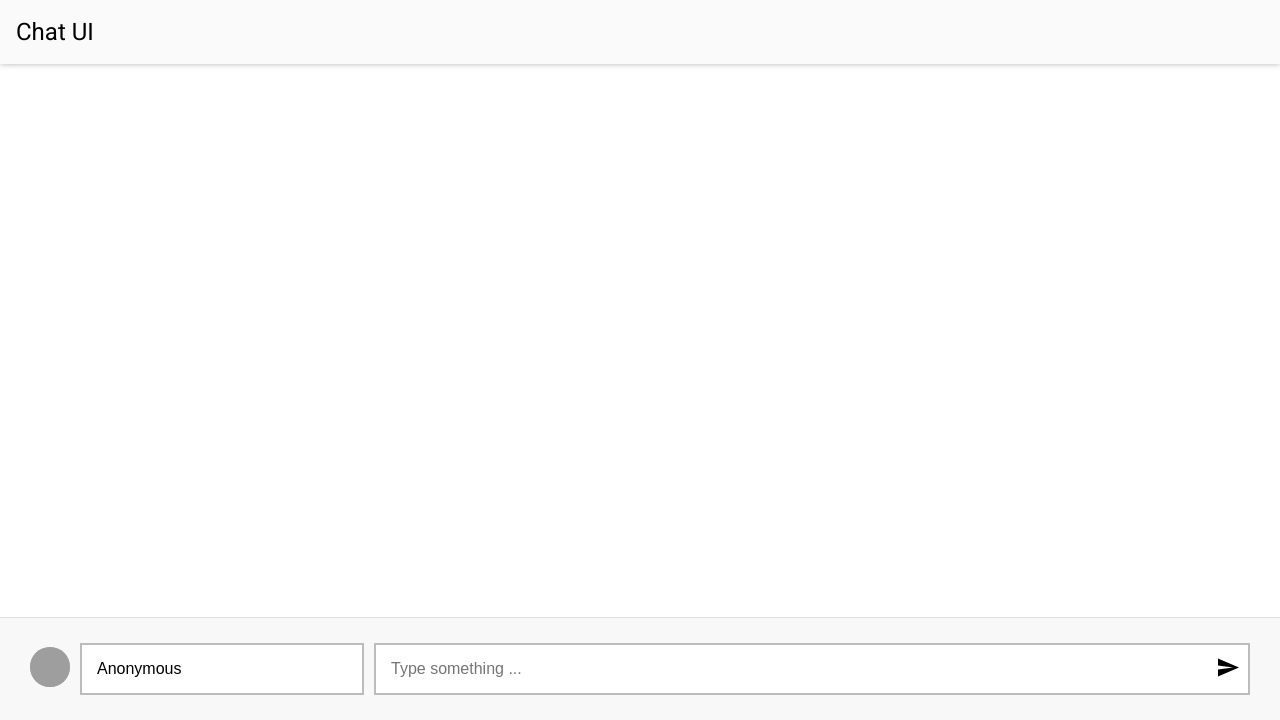
Repository: Faradey27/chat-ui
Page: /
The author's editor kept a copy of each file at every save. The page is drawn from the files as they stood at one save, then again after the next save.
The browser window is 1280 px wide. The pictures show the whole page.
Pictures or frames that could not be fetched are drawn as grey boxes. The page's requests for data from a server got no answer. The project was rebuilt for these pictures with package versions that can differ from the ones it lists, and the page was loaded fresh each time. No one was signed in, and anything a server would have sent is missing. Also part of the build but not shown: src/components/MessageUsername/MessageUsername.js, src/components/MessageUsername/index.js, src/components/MessageText/MessageText.js, src/components/MessageText/index.js, src/components/MessageDate/MessageDate.js, src/components/MessageDate/index.js, src/components/Message/Message.js.

Above is the page before, as saved 2018-03-03 23:35:42.

### public/index.html
<!DOCTYPE html>
<html lang="en">
  <head>
    <meta charset="utf-8">
    <meta name="viewport" content="width=device-width, initial-scale=1, shrink-to-fit=no">
    <meta name="theme-color" content="#000000">
    <link rel="manifest" href="%PUBLIC_URL%/manifest.json">
    <link rel="shortcut icon" href="%PUBLIC_URL%/favicon.ico">
    <link href="https://fonts.googleapis.com/css?family=Roboto:300,400,700" rel="stylesheet">
    <title>Chat UI</title>
  </head>
  <body>
    <noscript>
      You need to enable JavaScript to run this app.
    </noscript>
    <div id="root"></div>
  </body>
</html>

### src/index.js
import React from 'react';
import ReactDOM from 'react-dom';
import { Provider } from 'react-redux';
import { MuiThemeProvider } from 'material-ui/styles';

import io from "socket.io-client";
import Chat from './containers/Chat';
import configureStore from './data/store/configureStore';
import SocketConnector from './services/SocketConnector';
import StorageConnector from './services/StorageConnector';
import registerServiceWorker from './services/pwa/registerServiceWorker';

import './index.css';

// setuped sockets
const socketIO = io("https://spotim-demo-chat-server.herokuapp.com");
const socket = new SocketConnector({eventName: 'spotim/chat', socket: socketIO});

// setuped redux related things
const storage = new StorageConnector({appName: 'chat-ui-user', storage: window.localStorage}); // localStorage or session storage
const savedUser = storage.getItem('store.user');
const preloadedState = {user: savedUser || {name: 'Anonymous', avatar: ''}};
const reduxStore = configureStore(preloadedState, storage);


ReactDOM.render(
  <Provider store={reduxStore}>
    <MuiThemeProvider>
      <Chat socket={socket}/>
    </MuiThemeProvider>
  </Provider>,
  document.getElementById('root')
);

/*
  As we want to be PWA app, we need to become offline friendly, for this reason we register service worker
*/
registerServiceWorker();

### src/data/store/configureStore.js
if (process.env.NODE_ENV === 'production' || process.env.NODE_ENV === 'test') {
  module.exports = require('./configureStore.prod')
} else {
  module.exports = require('./configureStore.dev')
}

### src/services/SocketConnector.js
import { CHAT_IDENTEFICATOR } from './../config';

const isValidMessage = (message) => message.id && message.text && message.user && message.date;
const isAuthorizedMessage = (message) => message.identificator === CHAT_IDENTEFICATOR;

class SocketConnector {
  eventName = '';
  socket = null;
  connected = false;

  constructor({eventName, socket}) {
    this.eventName = eventName;
    this.socket = socket;
  }

  connect = ({onMessage}) => {
    this.socket.on("connect", () => {
      console.info("connected to chat server!");
      this.connected = true;
    });
    this.socket.on(this.eventName, (message) => this.handleMessage({message, onMessage}));
    this.socket.on("disconnect", () => {
      console.info("disconnected to chat server!");
      this.connected = false;
    });
  }

  handleMessage = ({message, onMessage}) => {
    // as our api services do not have any auth or any client separation, we need to detect somehow just our messages
    if (!isAuthorizedMessage(message)) {
      console.info('We received message from bad guys');
      return -1;
    }
    // we want to skip bad messages
    if (!isValidMessage(message)) {
      console.info('We received invalid message');
      return -1;
    }

    onMessage(message)
  }

  emitMessage(message) {
    this.socket.emit(this.eventName, message);
  }
}

export default SocketConnector;

### src/services/StorageConnector.js
class SocketConnector {
  appName = '';
  storage = null;

  constructor({appName, storage}) {
    this.appName = appName;
    this.storage = storage;
  }

  _getMaskedKey = (key) => `${this.appName}-${key}`;

  setItem(key, value) {
    this.storage.setItem(this._getMaskedKey(key), JSON.stringify(value));
  }

  getItem(key) {
    const item = this.storage.getItem(this._getMaskedKey(key));
    if (!item) {
      return '';
    }

    try {
      return JSON.parse(item);
    } catch (e) {
      throw e;
    }
  }

  removeItem(key) {
    this.storage.removeItem(this._getMaskedKey(key));
  }
}

export default SocketConnector;

### src/services/pwa/registerServiceWorker.js
// In production, we register a service worker to serve assets from local cache.

// This lets the app load faster on subsequent visits in production, and gives
// it offline capabilities. However, it also means that developers (and users)
// will only see deployed updates on the "N+1" visit to a page, since previously
// cached resources are updated in the background.

// To learn more about the benefits of this model, read https://goo.gl/KwvDNy.
// This link also includes instructions on opting out of this behavior.

const isLocalhost = Boolean(
  window.location.hostname === 'localhost' ||
    // [::1] is the IPv6 localhost address.
    window.location.hostname === '[::1]' ||
    // 127.0.0.1/8 is considered localhost for IPv4.
    window.location.hostname.match(
      /^127(?:\.(?:25[0-5]|2[0-4][0-9]|[01]?[0-9][0-9]?)){3}$/
    )
);

export default function register() {
  if (process.env.NODE_ENV === 'production' && 'serviceWorker' in navigator) {
    // The URL constructor is available in all browsers that support SW.
    const publicUrl = new URL(process.env.PUBLIC_URL, window.location);
    if (publicUrl.origin !== window.location.origin) {
      // Our service worker won't work if PUBLIC_URL is on a different origin
      // from what our page is served on. This might happen if a CDN is used to
      // serve assets; see https://github.com/facebookincubator/create-react-app/issues/2374
      return;
    }

    window.addEventListener('load', () => {
      const swUrl = `${process.env.PUBLIC_URL}/service-worker.js`;

      if (isLocalhost) {
        // This is running on localhost. Lets check if a service worker still exists or not.
        checkValidServiceWorker(swUrl);

        // Add some additional logging to localhost, pointing developers to the
        // service worker/PWA documentation.
        navigator.serviceWorker.ready.then(() => {
          console.log(
            'This web app is being served cache-first by a service ' +
              'worker. To learn more, visit https://goo.gl/SC7cgQ'
          );
        });
      } else {
        // Is not local host. Just register service worker
        registerValidSW(swUrl);
      }
    });
  }
}

function registerValidSW(swUrl) {
  navigator.serviceWorker
    .register(swUrl)
    .then(registration => {
      registration.onupdatefound = () => {
        const installingWorker = registration.installing;
        installingWorker.onstatechange = () => {
          if (installingWorker.state === 'installed') {
            if (navigator.serviceWorker.controller) {
              // At this point, the old content will have been purged and
              // the fresh content will have been added to the cache.
              // It's the perfect time to display a "New content is
              // available; please refresh." message in your web app.
              console.log('New content is available; please refresh.');
            } else {
              // At this point, everything has been precached.
              // It's the perfect time to display a
              // "Content is cached for offline use." message.
              console.log('Content is cached for offline use.');
            }
          }
        };
      };
    })
    .catch(error => {
      console.error('Error during service worker registration:', error);
    });
}

function checkValidServiceWorker(swUrl) {
  // Check if the service worker can be found. If it can't reload the page.
  fetch(swUrl)
    .then(response => {
      // Ensure service worker exists, and that we really are getting a JS file.
      if (
        response.status === 404 ||
        response.headers.get('content-type').indexOf('javascript') === -1
      ) {
        // No service worker found. Probably a different app. Reload the page.
        navigator.serviceWorker.ready.then(registration => {
          registration.unregister().then(() => {
            window.location.reload();
          });
        });
      } else {
        // Service worker found. Proceed as normal.
        registerValidSW(swUrl);
      }
    })
    .catch(() => {
      console.log(
        'No internet connection found. App is running in offline mode.'
      );
    });
}

export function unregister() {
  if ('serviceWorker' in navigator) {
    navigator.serviceWorker.ready.then(registration => {
      registration.unregister();
    });
  }
}

### src/index.css
/*
  here we have global styles that need to be applied for whole page(like normalisation)
*/

body {
  margin: 0;
  padding: 0;
  font-family: Roboto;
}

### src/containers/Chat/Chat.js
import React from 'react';
import { func, instanceOf } from 'prop-types';
import { connect } from 'react-redux';
import AppBar from 'material-ui/AppBar';
import { grey50 } from 'material-ui/styles/colors';
import { css } from 'emotion';
import { addMessage } from './../../data/messages/messagesActions';
import SocketConnector from '../../services/SocketConnector';
import MessageCreationArea from './../MessageCreationArea';
import MessageListArea from './../MessageListArea';
import Column from './../../components/Column';

const chatStyles = css`
  height: 100vh;
  display: flex;
  flex-direction: column;
`;

class Chat extends React.Component {
  static propTypes = {
    socket: instanceOf(SocketConnector).isRequired,
    addMessage: func.isRequired, // dispatched action from react-redux
  }

  componentDidMount() {
    this.props.socket.connect({onMessage: this.props.addMessage})
  }

  handleMessageAdd = (message) => this.props.socket.emitMessage(message)

  render() {
    return (
      <div
        className={chatStyles}
        data-hook="chat"
      >
        <AppBar
          titleStyle={{color: 'initial'}}
          style={{ backgroundColor: grey50 }}
          iconElementLeft={<span/>}
          title="Chat UI"
        />
        <Column>
          <MessageListArea />
          <MessageCreationArea onMessageAdd={this.handleMessageAdd}/>
        </Column>
      </div>
    );
  }
}

export default connect(null, { addMessage })(Chat);

### src/data/store/configureStore.dev.js
import { createStore, applyMiddleware } from 'redux';
import { createLogger } from 'redux-logger';
import rootReducer from './rootReducer';
import saveUserToStorageMiddleware from './../middleware/saveUserToStorage';

const configureStore = (preloadedState, storage) => {
  const store = createStore(
    rootReducer,
    preloadedState,
    applyMiddleware(createLogger(), saveUserToStorageMiddleware(storage))
  );

  return store;
}

export default configureStore;

### src/config.js
export const CHAT_IDENTEFICATOR = 'APPLICATION_INDENTIFICATOR_942345';

### src/data/messages/messagesActions.js
export const ADD_MESSAGE = 'ADD_MESSAGE';
export const addMessage = (message) => ({
  type: ADD_MESSAGE,
  message,
})

### src/containers/MessageCreationArea/index.js
export { default } from './MessageCreationArea';

### src/containers/MessageListArea/index.js
export { default } from './MessageListArea';

### src/components/Column/index.js
export {default} from './Column';

### src/data/store/rootReducer.js
import { combineReducers } from 'redux';
import messages from './../messages/messagesReducer';
import user from './../user/userReducer';

const rootReducer = combineReducers({
  messages,
  user,
});

export default rootReducer;

### src/data/middleware/saveUserToStorage.js
import { SET_USER_AVATAR, SET_USER_NAME } from './../user/userActions';

const middleware = (storage) => (store) => (next) => (action) => {
  next(action);

  if (action.type === SET_USER_AVATAR || action.type === SET_USER_NAME) {
    storage.setItem('store.user', store.getState().user);
  }
}

export default middleware;

### src/containers/MessageCreationArea/MessageCreationArea.js
import React from 'react';
import { shape, string, func } from 'prop-types';
import uuidv4 from 'uuid/v4';
import { connect } from 'react-redux';
import { selectUser } from './../../data/user/userSelectors';
import { setUserAvatar, setUsername } from './../../data/user/userActions';
import MessageCreationAreaView from './MessageCreationAreaView';
import { CHAT_IDENTEFICATOR } from './../../config';
import avatars from './../../assets/avatars';

const getRandomAvatar = () => avatars[Math.floor(Math.random() * avatars.length)]

class MessageCreationArea extends React.Component {
  static propTypes = {
    user: shape({ // from redux store
      name: string,
      avatar: string,
    }),
    setUserAvatar: func, // redux action
    setUsername: func, // redux action
    onMessageAdd: func.isRequired,
  }

  state = {
    messageText: '',
  }

  componentDidMount() {
    if (!this.props.user.avatar) {
      this.props.setUserAvatar(getRandomAvatar());
    }
  }

  handleMessageChange = (messageText) => this.setState({messageText})

  handleMessageAdd = () => {
    if (!this.state.messageText) {
      return null;
    }

    this.props.onMessageAdd({
      id: uuidv4(),
      text: this.state.messageText,
      date: Date.now(),
      user: {
        name: this.props.user.name,
        avatar: this.props.user.avatar,
      },
      identificator: CHAT_IDENTEFICATOR
    });

    this.resetMessage();
  }

  resetMessage = () => this.handleMessageChange('')

  render() {
    return (
      <MessageCreationAreaView
        avatar={this.props.user.avatar}
        username={this.props.user.name}
        messageText={this.state.messageText}
        onMessageAdd={this.handleMessageAdd}
        onMessageChange={this.handleMessageChange}
        onUsernameChange={this.props.setUsername}
      />
    );
  }
}

export default connect(
  (state) => ({
    user: selectUser(state)
  }),
  { setUsername, setUserAvatar }
)(MessageCreationArea);

### src/containers/MessageListArea/MessageListArea.js
import React from 'react';
import { array } from 'prop-types';
import { connect } from 'react-redux';
import MessageListAreaView from './MessageListAreaView';
import { selectMessages } from './../../data/messages/messagesSelectors';

class MessageListArea extends React.Component {
  static propTypes = {
    messages: array, // from store
  }

  render() {
    return (
      <MessageListAreaView messages={this.props.messages}/>
    );
  }
}

export default connect((state) => ({ messages: selectMessages(state)}))(MessageListArea);

### src/components/Column/Column.js
import React from 'react';
import { css } from 'emotion';

const columnStyles = css`
  position: relative;
  display: flex;
  flex: 1;
  flex-direction: column;
`;

export default ({children}) => (
  <div className={columnStyles}>
    {children}
  </div>
);

### src/data/messages/messagesReducer.js
import { ADD_MESSAGE } from './messagesActions';

const messages = (state = [], action) => {
  switch (action.type) {
    case ADD_MESSAGE:
      return [...state, action.message];
    default:
      return state;
  }
};

export default messages;

### src/data/user/userReducer.js
import { SET_USER_AVATAR, SET_USER_NAME } from './userActions';

const user = (state = {avatar: '', name: ''}, action) => {
  switch (action.type) {
    case SET_USER_AVATAR:
      return {...state, avatar: action.avatar};
    case SET_USER_NAME:
      return {...state, name: action.name};
    default:
      return state;
  }
};

export default user;

### src/data/user/userActions.js
export const SET_USER_AVATAR = 'SET_USER_AVATAR';
export const setUserAvatar = (avatar) => ({
  type: SET_USER_AVATAR,
  avatar,
})

export const SET_USER_NAME = 'SET_USER_NAME';
export const setUsername = (name) => ({
  type: SET_USER_NAME,
  name,
})

### src/data/user/userSelectors.js
// TODO, in future we could start to use reselect
export const selectUser = (state) => state.user

### src/containers/MessageCreationArea/MessageCreationAreaView.js
import React from 'react';
import { string, func } from 'prop-types';
import { css } from 'emotion';
import UsernameTextField from './../../components/UsernameTextField';
import MessageTextField from './../../components/MessageTextField';
import SendButton from './../../components/SendButton';

const messageAreaStyles = css`
  background-color: #f8f8f8;
  padding: 25px 30px;
  display: flex;
  align-items: center;
  border-top: 1px solid rgba(0, 0, 0, 0.1);
`;

const messageAreaSendStyles = css`
  position: relative;
  width: 100%;
`;

class MessageCreationAreaView extends React.Component {
  static propTypes = {
    avatar: string,
    username: string,
    onMessageAdd: func,
    onMessageChange: func,
    onUsernameChange: func
  }

  handleFormSubmit = (e) => {
    e.preventDefault();
    this.props.onMessageAdd();
  }

  render() {
    return (
      <div
        className={messageAreaStyles}
        data-hook="message-creation-area"
      >
        <UsernameTextField
          avatar={this.props.avatar}
          username={this.props.username}
          onUsernameChange={this.props.onUsernameChange}
        />
        <form
          className={messageAreaSendStyles}
          onSubmit={this.handleFormSubmit}
        >
          <MessageTextField
            messageText={this.props.messageText}
            onMessageChange={this.props.onMessageChange}
          />
          <SendButton />
        </form>
      </div>
    );
  }
}

export default MessageCreationAreaView;

### src/assets/avatars.json
[
  "https://spotim-demo-chat-server.herokuapp.com/avatars/001-snorlax.png",
  "https://spotim-demo-chat-server.herokuapp.com/avatars/002-psyduck.png",
  "https://spotim-demo-chat-server.herokuapp.com/avatars/003-pikachu.png",
  "https://spotim-demo-chat-server.herokuapp.com/avatars/004-jigglypuff.png",
  "https://spotim-demo-chat-server.herokuapp.com/avatars/005-bullbasaur.png"
]

### src/containers/MessageListArea/MessageListAreaView.js
import React from 'react';
import { array } from 'prop-types';
import { css } from 'emotion';

import Message from './../../components/Message';

const messageListStyles = css`
  display: flex;
  flex-direction: column;
  height: 100%;
  overflow-y: auto;
  margin-top: 30px;
  margin-left: 30px;
  margin-right: 30px;
`;

class MessageListAreaView extends React.Component {
  static propTypes = {
    messages: array,
  }

  render() {
    return (
      <div
        className={messageListStyles}
        data-hook="message-list-area"
      >
        {this.props.messages.map((message) => <Message key={message.id} message={message}/>)}
      </div>
    );
  }
}

export default MessageListAreaView;

### src/data/messages/messagesSelectors.js
// TODO, in future we could start to use reselect
export const selectMessages = (state) => state.messages

### src/components/UsernameTextField/index.js
export { default } from './UsernameTextField';

### src/components/MessageTextField/index.js
export { default } from './MessageTextField';

### src/components/SendButton/index.js
export { default } from './SendButton';

### src/components/UsernameTextField/UsernameTextField.js
import React from 'react';
import { string, func } from 'prop-types';
import { css } from 'emotion';
import Avatar from './../Avatar';

const usernameStyles = css`
  display: flex;
  align-items: center;
  margin-right: 10px;
`;

const usernameInputStyles = css`
  font-size: 16px;
  border: 2px solid rgba(160,160,162,.7);
  padding: 15px;
  margin-left: 10px;
  outline: none;
  min-width: 250px;
  width: 100%;
`;

class UsernameTextField extends React.Component {
  static propTypes = {
    avatar: string,
    username: string,
    onUsernameChange: func.isRequired
  }

  handleUsernameChange = (e) => this.props.onUsernameChange(e.target.value)

  render() {
    return (
      <div
        className={usernameStyles}
        data-hook="username-text-field"
      >
        <Avatar avatar={this.props.avatar}/>
        <input
          className={usernameInputStyles}
          data-hook="username-text-field-input"
          value={this.props.username}
          onChange={this.handleUsernameChange}
        />
      </div>
    );
  }
}

export default UsernameTextField;

### src/components/MessageTextField/MessageTextField.js
import React from 'react';
import { string, func } from 'prop-types';
import { css } from 'emotion';

const textAreaStyles = css`
  font-size: 16px;
  border: 2px solid rgba(160,160,162,.7);
  width: 100%;
  padding: 15px;
  padding-right: 45px;
  outline: none;
  min-width: 250px;
`;

const textAreaWrapStyles = css`
  display: flex;
`;

class MessageTextField extends React.Component {
  static propTypes = {
    messageText: string,
    onMessageChange: func.isRequired,
  }

  componentDidMount() {
    this.inputNode.focus();
  }

  handleMessageChange = (e) => {
    this.props.onMessageChange(e.target.value);
  }

  render() {
    return (
      <div
        data-hook="message-text-field"
        className={textAreaWrapStyles}
      >
        <input
          ref={(node) => this.inputNode = node}
          data-hook="message-text-field-textarea"
          placeholder="Type something ..."
          className={textAreaStyles}
          value={this.props.messageText}
          onChange={this.handleMessageChange}
        />
      </div>
    );
  }
}

export default MessageTextField;

### src/components/SendButton/SendButton.js
import React from 'react';
import { func } from 'prop-types';
import { css } from 'emotion';

const sendButtonStyles = css`
  position: absolute;
  right: 10px;
  top: 50%;
  transform: translateY(-50%);
  background: transparent;
  border: none;
  padding: 0;
`;

class SendButton extends React.Component {
  static propTypes = {
    onClick: func,
  }

  render() {
    return (
      <div
        data-hook="send-button"
      >
        <button
          type="submit"
          className={sendButtonStyles}
          data-hook="send-button-el"
          onClick={this.props.onClick}
        >
          <svg
            height="24"
            width="24"
            viewBox="0 0 48 48"
          >
            <path d="M4.02 42l41.98-18-41.98-18-.02 14 30 4-30 4z"/>
            <path d="M0 0h48v48h-48z" fill="none"/>
          </svg>
        </button>
      </div>
    );
  }
}

export default SendButton;

### src/components/Avatar/Avatar.js
import React from 'react';
import Avatar from 'material-ui/Avatar';

export default ({avatar}) => (
  <div data-hook="avatar">
    <Avatar src={avatar}/>
  </div>
);

Loaded but not shown: src/containers/Chat/index.js (common file); src/components/Message/index.js (common file); src/components/Avatar/index.js (common file)

After the next save:
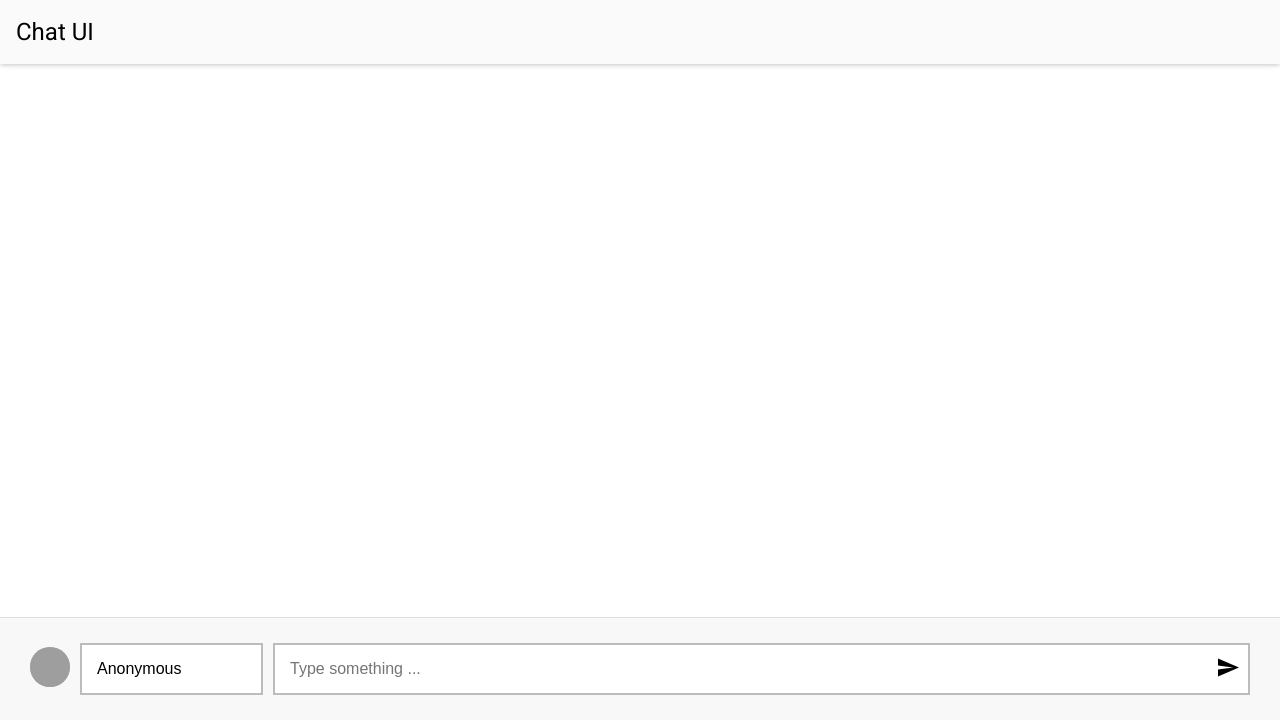
Saved 5 s later.
--- a/src/components/UsernameTextField/UsernameTextField.js
+++ b/src/components/UsernameTextField/UsernameTextField.js
@@ -15,7 +15,7 @@ const usernameInputStyles = css`
   padding: 15px;
   margin-left: 10px;
   outline: none;
-  min-width: 250px;
+  min-width: 120px;
   width: 100%;
 `;
 
